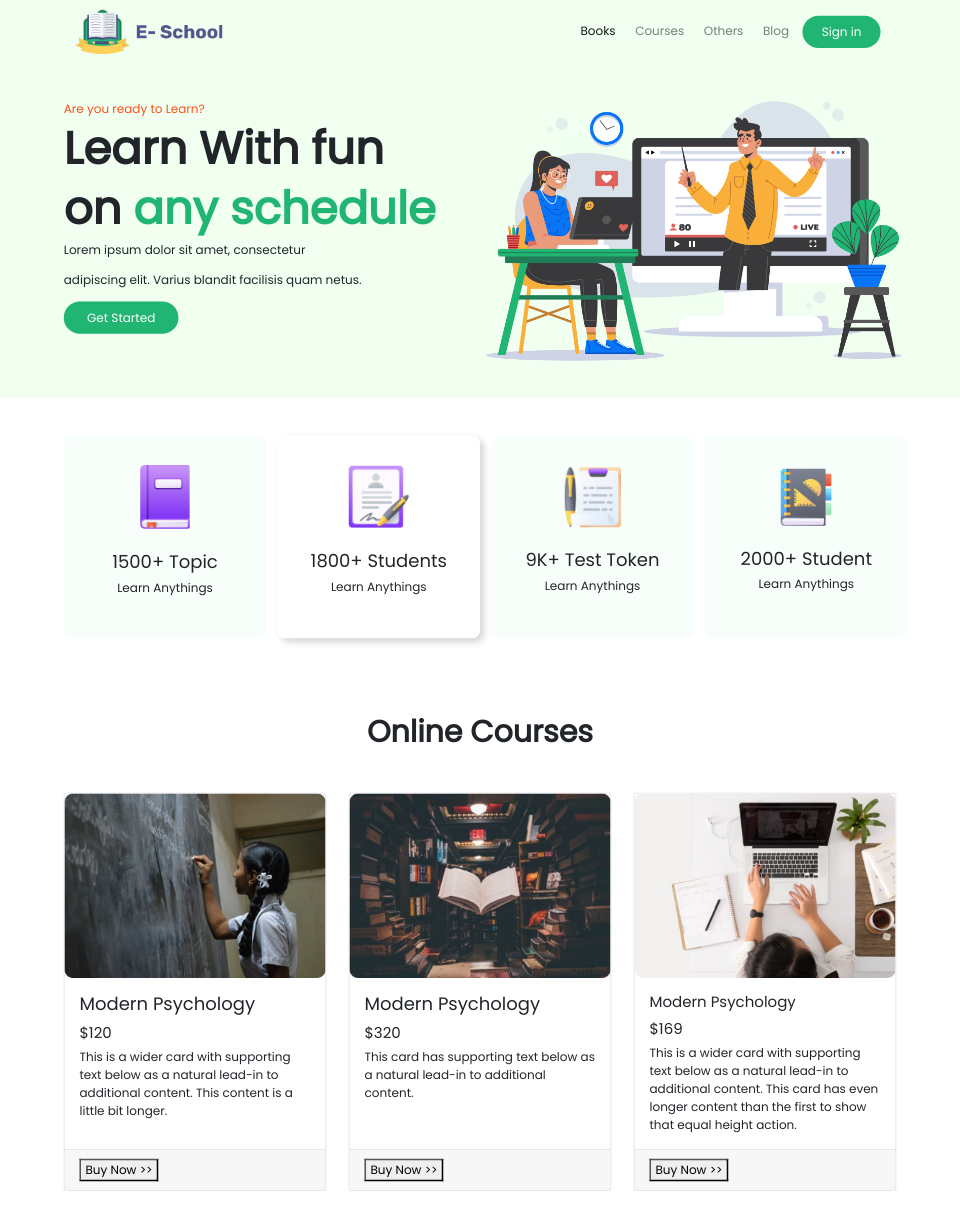
Repository: mohsinfarabi/e-school
Page: index.html
An editor plug-in stored every save of this project. The page is shown before and after the next save, followed by the edit.
The browser window is 1280 px wide. The pictures show the whole page, at 75% of full size.

Above is the page before, as saved 2020-07-08 19:07:43.

### index.html
<!DOCTYPE html>
<html lang="en">

<head>
    <meta charset="UTF-8">
    <meta name="viewport" content="width=device-width, initial-scale=1.0">
    <link rel="stylesheet" href="css/bootstrap/css/bootstrap.min.css">
    <link rel="stylesheet" href="style.css">
    <link href="https://fonts.googleapis.com/css2?family=Poppins" rel="stylesheet">
    <title>E-School</title>
</head>

<body>
    <section class="top-part">
        <div class="container">
            <nav class="navbar navbar-expand-lg navbar-light bg-transparent">
                <a class="navbar-brand" href="#"><img src="images/icon/Logo.png " alt=" "></a>
                </a>
                <button class="navbar-toggler" type="button" data-toggle="collapse" data-target="#navbarNav" aria-controls="navbarNav" aria-expanded="false" aria-label="Toggle navigation">
                  <span class="navbar-toggler-icon"></span>
                </button>

                <div class="collapse navbar-collapse" id="navbarNav">
                    <ul class="navbar-nav ml-auto">
                        <li class="nav-item active ">
                            <a class="nav-link " href="#books ">Books</a>
                        </li>
                        <li class="nav-item ">
                            <a class="nav-link " href="#courses ">Courses</a>
                        </li>
                        <li class="nav-item ">
                            <a class="nav-link " href="#others ">Others</a>
                        </li>
                        <li class="nav-item ">
                            <a class="nav-link " href="#blog ">Blog</a>
                        </li>
                        <li class="nav-item ">
                            <button class="sign-in">Sign in</button>
                        </li>

                    </ul>
                </div>

            </nav>
        </div>
        <div class="container">
            <div class="row top">
                <div class="col-md-6">

                    <h5>Are you ready to Learn?</h5>
                    <h1>Learn With fun </h1>
                    <h1>on <span class="highlight"> any schedule</span></h1>

                    <p>Lorem ipsum dolor sit amet, consectetur </p>
                    <p>adipiscing elit. Varius blandit facilisis quam netus.</p>

                    <button class="get-started">Get Started</button>

                </div>
                <div class="col-md-6 d-flex justify-content-center">

                    <img src="images/Photos/Illustration.png" alt="">
                </div>
            </div>
        </div>
    </section>

    <div class="container">
        <div class="row">
            <div class="col-md-3">
                <div class="cat1 d-flex flex-column justify-content-center align-items-center">

                    <img src="images/icon/book.png" alt="">

                    <h4>1500+ Topic</h4>
                    <p>Learn Anythings</p>
                </div>
            </div>
            <div class="col-md-3">
                <div class="cat2 d-flex flex-column justify-content-center align-items-center">

                    <img src="images/icon/Student.png" alt="">

                    <h4>1800+ Students</h4>
                    <p>Learn Anythings</p>
                </div>
            </div>
            <div class="col-md-3">
                <div class="cat3 d-flex flex-column justify-content-center align-items-center">

                    <img src="images/icon/Test.png" alt="">

                    <h4>9K+ Test Token</h4>
                    <p>Learn Anythings</p>
                </div>
            </div>
            <div class="col-md-3">
                <div class="cat4 d-flex flex-column justify-content-center align-items-center">

                    <img src="images/icon/Students.png" alt="">

                    <h4>2000+ Student</h4>
                    <p>Learn Anythings</p>

                </div>
            </div>
        </div>
    </div>

    <div class="container course">
        <h1>Online Courses</h1>
        <div class="card-deck">
            <div class="card">
                <img src="images/Photos/Morder pyschology.png" class="card-img-top" alt="...">
                <div class="card-body">
                    <h4 class="card-title">Modern Psychology</h4>
                    <h5>$120</h5>
                    <p class="card-text">This is a wider card with supporting text below as a natural lead-in to additional content. This content is a little bit longer.</p>
                </div>
                <div class="card-footer">
                    <button class="buy-now-button">Buy Now >></button>
                </div>
            </div>
            <div class="card">
                <img src="images/Photos/Morder psyc.png" class="card-img-top" alt="...">
                <div class="card-body">
                    <h4 class="card-title">Modern Psychology</h4>
                    <h5>$320</h5>
                    <p class="card-text">This card has supporting text below as a natural lead-in to additional content.</p>
                </div>
                <div class="card-footer">
                    <button class="buy-now-button">Buy Now >></button>
                </div>
            </div>
            <div class="card">
                <img src="images/Photos/Morder pychons.png" class="card-img-top" alt="...">
                <div class="card-body">
                    <h5 class="card-title">Modern Psychology</h5>
                    <h5>$169</h5>
                    <p class="card-text">This is a wider card with supporting text below as a natural lead-in to additional content. This card has even longer content than the first to show that equal height action.</p>
                </div>
                <div class="card-footer">
                    <button class="buy-now-button">Buy Now >></button>
                </div>
            </div>
        </div>
    </div>












    <script src="https://code.jquery.com/jquery-3.5.1.slim.min.js " integrity="sha384-DfXdz2htPH0lsSSs5nCTpuj/zy4C+OGpamoFVy38MVBnE+IbbVYUew+OrCXaRkfj " crossorigin="anonymous "></script>
    <script src="https://cdn.jsdelivr.net/npm/popper.js@1.16.0/dist/umd/popper.min.js " integrity="sha384-Q6E9RHvbIyZFJoft+2mJbHaEWldlvI9IOYy5n3zV9zzTtmI3UksdQRVvoxMfooAo " crossorigin="anonymous "></script>
    <script src="https://stackpath.bootstrapcdn.com/bootstrap/4.5.0/js/bootstrap.min.js " integrity="sha384-OgVRvuATP1z7JjHLkuOU7Xw704+h835Lr+6QL9UvYjZE3Ipu6Tp75j7Bh/kR0JKI " crossorigin="anonymous "></script>
</body>

</html>

### style.css
body {
    font-family: 'Poppins', sans-serif;
}

.container {
    margin-bottom: 50px;
}

.top-part {
    background-color: #F0FFF0;
}

.bg-light {
    background-color: #F0FFF0;
}

.navbar img {
    width: 198.07px;
    height: 59px;
}

.nav-item {
    padding: 5px;
    color: black;
}

.sign-in {
    width: 104px;
    height: 43px;
    border: none;
    background: #21B573;
    border-radius: 33px;
    color: white;
}

.top {
    padding-bottom: 50px;
}

.top h5 {
    font-size: medium;
    color: #FD511A;
}

.top h1 {
    font-weight: 900;
    font-size: 60px;
}

.top img {
    width: 554px;
    height: 346px;
}

.highlight {
    color: #21B573;
}

.get-started {
    width: 153px;
    height: 43px;
    border: none;
    background: #21B573;
    border-radius: 33px;
    color: white;
}

.cat h4 {
    font-weight: 700;
}

.cat1,
.cat2,
.cat3,
.cat4 {
    width: 270px;
    height: 270px;
    padding: 10px 30px;
    border-radius: 10px;
    border: none;
}

.cat2 {
    box-shadow: 5px 5px 10px lightgray;
}

.cat1,
.cat3,
.cat4 {
    background-color: #F8FFFB;
}

.cat1 img {
    width: 66px;
    height: 85px;
    margin-bottom: 30px;
}

.cat2 img {
    width: 80px;
    height: 83px;
    margin-bottom: 30px;
}

.cat3 img {
    width: 75px;
    height: 80px;
    margin-bottom: 30px;
}

.cat4 img {
    width: 68px;
    height: 76px;
    margin-bottom: 30px;
}

.course h1 {
    text-align: center;
    font-weight: 900;
    padding: 50px 0px;
}

Loaded but not shown: css/bootstrap/css/bootstrap.min.css (library)

After the next save:
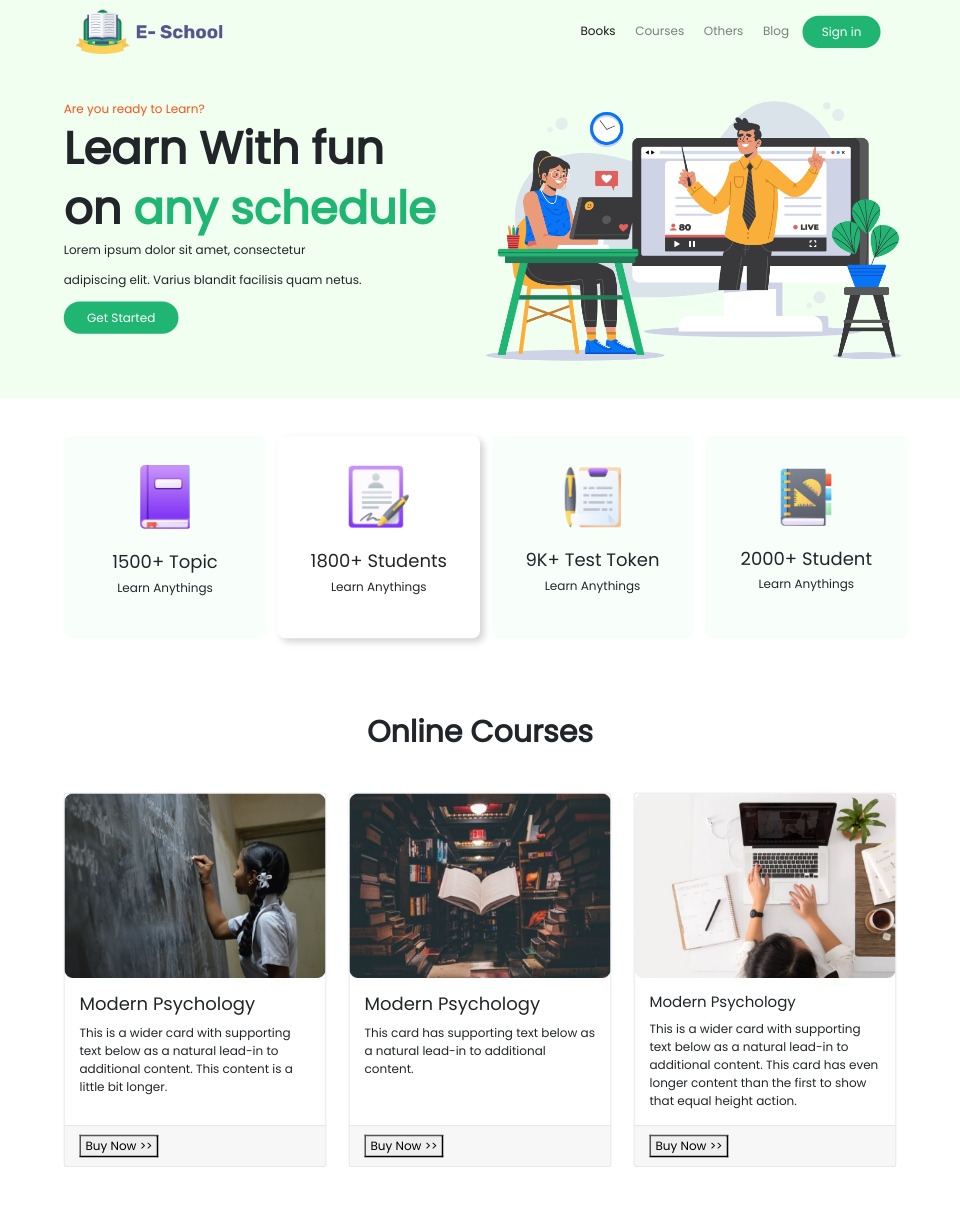
Saved 18 s later.
--- a/index.html
+++ b/index.html
@@ -114,7 +114,6 @@
                 <img src="images/Photos/Morder pyschology.png" class="card-img-top" alt="...">
                 <div class="card-body">
                     <h4 class="card-title">Modern Psychology</h4>
-                    <h5>$120</h5>
                     <p class="card-text">This is a wider card with supporting text below as a natural lead-in to additional content. This content is a little bit longer.</p>
                 </div>
                 <div class="card-footer">
@@ -125,7 +124,6 @@
                 <img src="images/Photos/Morder psyc.png" class="card-img-top" alt="...">
                 <div class="card-body">
                     <h4 class="card-title">Modern Psychology</h4>
-                    <h5>$320</h5>
                     <p class="card-text">This card has supporting text below as a natural lead-in to additional content.</p>
                 </div>
                 <div class="card-footer">
@@ -136,7 +134,6 @@
                 <img src="images/Photos/Morder pychons.png" class="card-img-top" alt="...">
                 <div class="card-body">
                     <h5 class="card-title">Modern Psychology</h5>
-                    <h5>$169</h5>
                     <p class="card-text">This is a wider card with supporting text below as a natural lead-in to additional content. This card has even longer content than the first to show that equal height action.</p>
                 </div>
                 <div class="card-footer">
